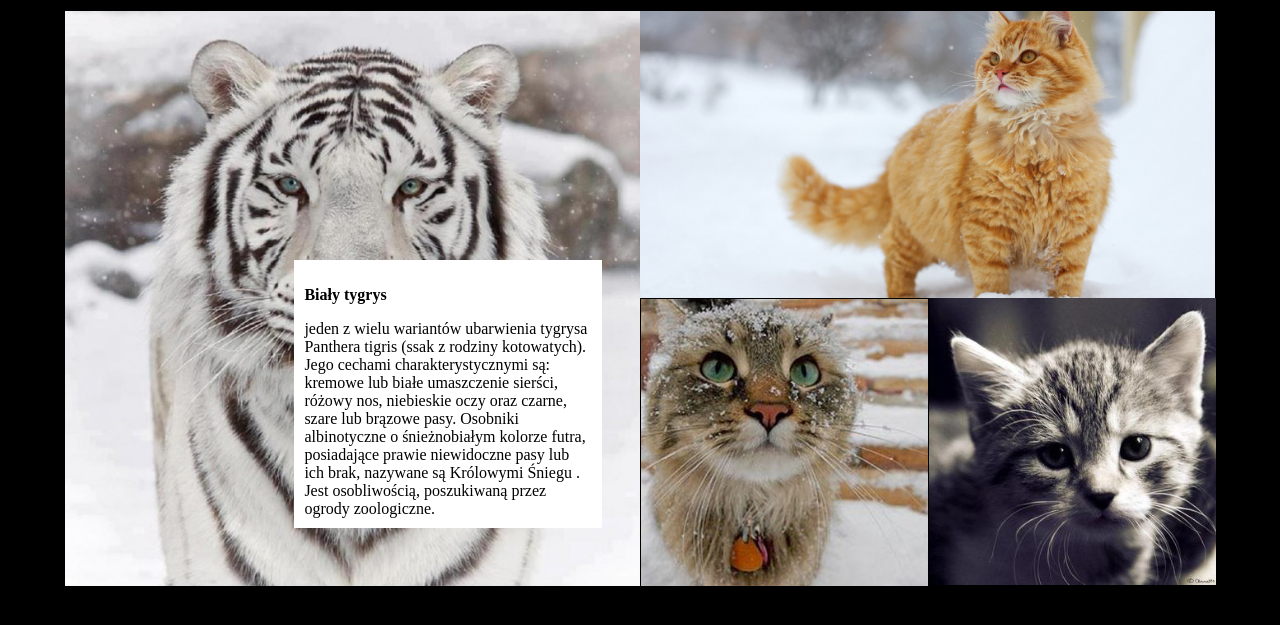
Repository: niebezsensu/Info-Folder
Page: index.html
The author's editor kept a record of every edit. The page is drawn from the files as they stood at one moment, then again after the next edit.
The browser window is 1280 px wide. The pictures show the whole page.
Pictures or frames that could not be fetched are drawn as grey boxes.

Above is the page before.

After the next edit:
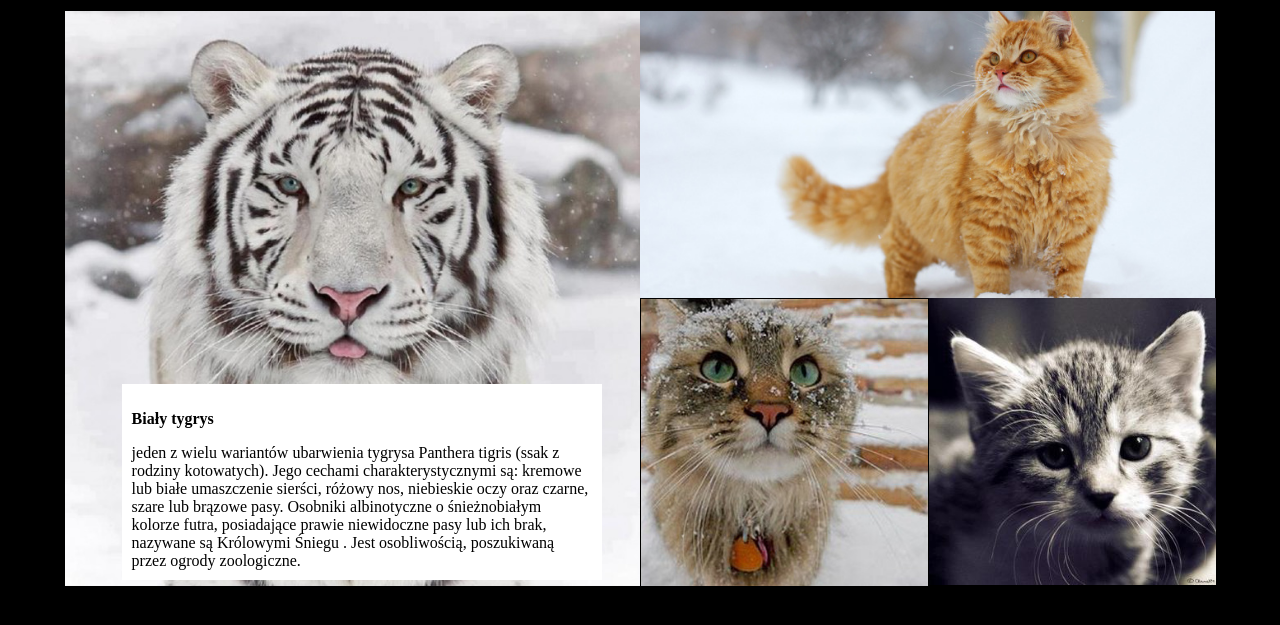
The edit:
--- a/css/folder.css
+++ b/css/folder.css
@@ -45,9 +45,9 @@
 .first-spot .content{
     display:none;
     position: absolute;
-    width: 50%;
-    bottom: 10%;
-    left: 40%;
+    width: 80%;
+    bottom: 1%;
+    left: 10%;
     background-color: white;
     padding: 10px;
 }
